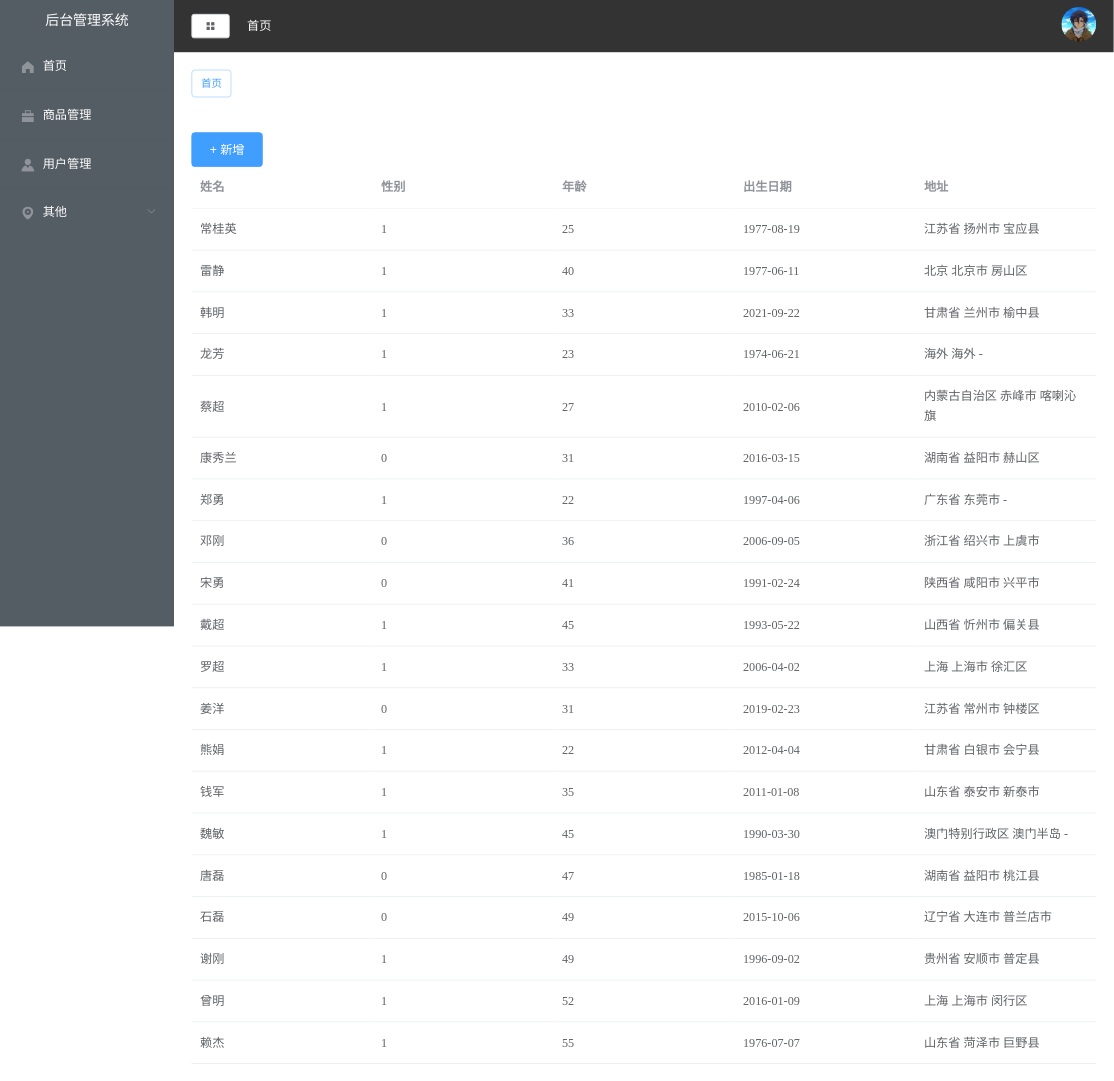
Repository: ldqml/ldqml.github.io
Page: /#/user
These files come from the project's save history. The page is drawn as it stood at one moment and after the next save; the edit follows.
The browser window is 1280 px wide. The pictures show the whole page, at 87% of full size.
The project was rebuilt for these pictures with package versions that can differ from the ones it lists, and the page was loaded fresh each time. Also part of the build but not shown: vue.config.js, src/views/Home.vue, src/views/Mall.vue, src/views/PageOne.vue, src/views/PageTwo.vue.

Above is the page before, as saved 2022-11-09 22:29:13.

### src/main.js
import Vue from 'vue'
import App from './App.vue'
import ElementUi from 'element-ui'
import 'element-ui/lib/theme-chalk/index.css'
import router from './router'
import store from './store'
import './api/mock'

Vue.use(ElementUi)
Vue.config.productionTip = false

new Vue({
  router,
  store,
  render: h => h(App),
}).$mount('#app')

### src/App.vue
<template>
  <div id="app">
    <!-- <el-row>
      <el-button disabled>默认按钮</el-button>
      <el-button type="primary" disabled>主要按钮</el-button>
      <el-button type="success" disabled>成功按钮</el-button>
      <el-button type="info" disabled>信息按钮</el-button>
      <el-button type="warning" disabled>警告按钮</el-button>
      <el-button type="danger" disabled>危险按钮</el-button>
    </el-row> -->
    <router-view></router-view>
  </div>
</template>

<script>
export default {
  name: "App",
  components: {},
};
</script>

<style lang="less">
html, body,h3,p{
  margin: 0;
  padding: 0;
}
</style>

### src/router/index.js
import Vue from 'vue'
import VueRouter from 'vue-router'
import User from '../views/User.vue'
import Home from '../views/Home.vue'
import Main from '../views/Main.vue'
import Mall from '../views/Mall.vue'
import PageOne from '../views/PageOne.vue'
import PageTwo from '../views/PageTwo.vue'

Vue.use(VueRouter)

const routes = [
    {
        path:'/',
        component:Main,
        redirect:'/home',
        children:[
            {
                path:'/',
                name:'home',
                component: Home
            },
            {
                path:'/user',
                name:'user',
                component: User
            },
            {
                path:'/mall',
                name:'mall',
                component: Mall
            },
            {
                path:'/page1',
                name:'page1',
                component: PageOne
            },
            {
                path:'/page2',
                name:'page2',
                component: PageTwo
            }
        ]
    }
]

const router = new VueRouter({
    routes
})

export default router

### src/store/index.js
import Vue from 'vue'
import Vuex from 'vuex'
import tab from './tab'

Vue.use(Vuex)

export default new Vuex.Store({
    modules:{
        tab
    }
})

### src/api/mock.js
import Mock from 'mockjs'
import homeApi from './mockServe/home'
import userApi from './mockServe/user'

Mock.mock('/api/home/getDate',homeApi.getStateDate)
Mock.mock('/api/user/add','post',userApi.createUser)
Mock.mock('/api/user/edit','post',userApi.updateUser)
Mock.mock('/api/user/del','post',userApi.deleteUser)
Mock.mock('/api/user/getUser',userApi.getUserList)

### src/views/User.vue
<template>
  <div class="manage">
    <el-dialog
      title="提示"
      :visible.sync="dialogVisible"
      width="35%"
      :before-close="handleClose"
    >
      <el-form
        ref="form"
        :rules="rules"
        :inline="true"
        :model="form"
        label-width="80px"
      >
        <el-form-item label="姓名" prop="name">
          <el-input placeholder="请输入姓名" v-model="form.name"></el-input>
        </el-form-item>
        <el-form-item label="年龄" prop="age">
          <el-input placeholder="请输入年龄" v-model="form.age"></el-input>
        </el-form-item>
        <el-form-item label="性别" prop="sex">
          <el-select v-model="form.sex" placeholder="请选择">
            <el-option label="男" value="1"></el-option>
            <el-option label="女" value="0"></el-option>
          </el-select>
        </el-form-item>
        <el-form-item label="出生日期" prop="birth">
          <el-col :span="11">
            <el-date-picker
              type="date"
              placeholder="选择日期"
              v-model="form.birth"
              style="width: 100%"
            ></el-date-picker>
          </el-col>
        </el-form-item>
        <el-form-item label="地址" prop="addr">
          <el-input placeholder="请输入地址" v-model="form.addr"></el-input>
        </el-form-item>
      </el-form>
      <span slot="footer" class="dialog-footer">
        <el-button @click="canc">取 消</el-button>
        <el-button type="primary" @click="submit">确 定</el-button>
      </span>
    </el-dialog>
    <div class="manage-header">
      <el-button @click="dialogVisible = true" type="primary">
        + 新增
      </el-button>
      <el-table :data="tableData" style="width: 100%">
        <el-table-column prop="name" label="姓名">
        </el-table-column>
        <el-table-column prop="sex" label="性别">
        </el-table-column>
        <el-table-column prop="age" label="年龄">
        </el-table-column>
        <el-table-column prop="birth" label="出生日期">
        </el-table-column>
        <el-table-column prop="addr" label="地址">
        </el-table-column>
      </el-table>
    </div>
  </div>
</template>
<script>
import {getUser} from '../api'
export default {
  data() {
    return {
      dialogVisible: false,
      form: {
        name: "",
        age: "",
        sex: "",
        birth: "",
        addr: "",
      },
      rules: {
        name: [{ required: true, message: "请输入姓名" }],
        age: [{ required: true, message: "请输入年龄" }],
        sex: [{ required: true, message: "请选择性别" }],
        birth: [{ required: true, message: "请选择生日" }],
        addr: [{ required: true, message: "请输入地址" }],
      },
      tableData: []
    };
  },
  methods: {
    submit() {
      this.$refs.form.validate((valid) => {
        if (valid) {
          this.$refs.form.resetFields();
          this.dialogVisible = false;
        }
      });
    },
    handleClose() {
      this.$refs.form.resetFields(), (this.dialogVisible = false);
    },
    canc() {
      this.handleClose();
    },
  },
  mounted(){
    getUser().then(({data}) =>{
      console.log(data)
      this.tableData = data.list;
    })
  }
};
</script>

### src/views/Main.vue
<template>
  <div>
    <el-container>
      <el-aside width="auto">
        <com-aside></com-aside>
      </el-aside>
      <el-container>
        <el-header>
          <com-header></com-header>
        </el-header>
        <common-tag></common-tag>
        <el-main>
            <router-view></router-view>
        </el-main>
      </el-container>
    </el-container>
  </div>
</template>
<script>
import ComAside from '../components/ComAside.vue'
import ComHeader from '../components/ComHeader.vue'
import CommonTag from '../components/CommonTag.vue'
export default {
  data() {
    return {}
  },
  components:{
    ComAside,
    ComHeader,
    CommonTag
  }
};
</script>

<style scoped>
.el-header{
  padding: 0;
}
</style>

### src/store/tab.js
export default{
    state:{
        isCollapse:false,
        tabsList:[
            {
                path: '/',
                name: 'home',
                label: '首页',
                icon: 's-home',
                url: 'Home/Home'
              }
        ]
    },
    mutations:{
        collapseMenu(state){
            state.isCollapse= !state.isCollapse
        },
        selectMenu(state,val){
            if(val.name !== 'home'){
                const index = state.tabsList.findIndex(item => item.name === val.name);
                if(index === -1){
                    state.tabsList.push(val)
                }
            }
        },
        closeTag(state,item){
            console.log(item,'item')
            const index = state.tabsList.findIndex(val => val.name === item.name)
            state.tabsList.splice(index,1)
        }
    }
}

### src/api/mockServe/home.js
import Mock from 'mockjs'

let List = []
export default {
    getStateDate:()=>{
        for(let i=0; i<7;i++){
            List.push(
                Mock.mock({
                    苹果:Mock.Random.float(100,8000,0,0),
                    vivo:Mock.Random.float(100,8000,0,0),
                    OPPO:Mock.Random.float(100,8000,0,0),
                    华为:Mock.Random.float(100,8000,0,0),
                    三星:Mock.Random.float(100,8000,0,0),
                    小米:Mock.Random.float(100,8000,0,0)
                })
            )
        }
        return {
            code:20000,
            data:{
                videData:[
                    {
                        name:'小米',
                        value:2999
                    },
                    {
                        name:'苹果',
                        value:2000
                    },
                    {
                        name:'vivo',
                        value:1699
                    },
                    {
                        name:'OPPO',
                        value:4999
                    },
                    {
                        name:'华为',
                        value:3699
                    },
                    {
                        name:'三星',
                        value:2499
                    }
                ],
                userData:[
                    {
                        date:'周一',
                        new:5,
                        active:200
                    },
                    {
                        date:'周二',
                        new:5,
                        active:500
                    },
                    {
                        date:'周三',
                        new:20,
                        active:550
                    },
                    {
                        date:'周四',
                        new:66,
                        active:600
                    },
                    {
                        date:'周五',
                        new:20,
                        active:100
                    },
                    {
                        date:'周六',
                        new:65,
                        active:400
                    },
                    {
                        date:'周日',
                        new:10,
                        active:300
                    }
                ],
                orderData:{
                    date:[],
                    data:List
                },
                tableData:[
                    {
                        name:'vivo',
                        todayBuy:200,
                        monthBuy:550,
                        totalBuy:22400
                    },
                    {
                        name:'OPPO',
                        todayBuy:300,
                        monthBuy:250,
                        totalBuy:29400
                    },
                    {
                        name:'苹果',
                        todayBuy:100,
                        monthBuy:150,
                        totalBuy:42400
                    },
                    {
                        name:'三星',
                        todayBuy:400,
                        monthBuy:450,
                        totalBuy:12400
                    },
                    {
                        name:'华为',
                        todayBuy:400,
                        monthBuy:650,
                        totalBuy:32400
                    },
                    {
                        name:'小米',
                        todayBuy:300,
                        monthBuy:450,
                        totalBuy:62400
                    }
                ]
            }
        }
    }
}

### src/api/mockServe/user.js
import Mock from "mockjs";

function param2Obj(url){
    const search = url.split('?')[1]
    if(!search){
        return {}
    }
    return JSON.parse(
        '{"'+
        decodeURIComponent(search)
        .replace(/"/g, '\\"')
        .replace(/&/g,'","')
        .replace(/=/g,'";"') +
        '}"'
    )
}

let List = []
const count = 200
for(let i = 0; i < count; i++){
    List.push(
        Mock.mock({
            id:Mock.Random.guid(),
            name:Mock.Random.cname(),
            addr:Mock.mock('@county(true)'),
            'age|18-60':1,
            birth:Mock.Random.date(),
            sex:Mock.Random.integer(0,1)
        })
    )
}

export default {
    getUserList: config =>{
        const {name,page =1,limit =20} = param2Obj(config.url)
        console.log('name:'+name,'page:'+page,'分页大小limit:' +limit)
        const mockList = List.filter(user=>{
            if(name&&user.name.indexOf(name)===-1&&user.addr.indexOf(name)===-1) return false
            return true
        })
        const pageList =mockList.filter((item,index)=>index<limit*page&&index>=limit*(page-1))
        return{
            code:20000,
            count:mockList.length,
            list:pageList
        }
    },
    createUser:config=>{
        const {name,addr,age,birth,sex} = JSON.parse(config.body)
        console.log(JSON.parse(config.body))
        List.unshift({
            id:Mock.Random.guid(),
            name:name,
            addr:addr,
            age:age,
            birth:birth,
            sex:sex
        })
        return{
            code:20000,
            date:{
                message:'添加成功'
            }
        }
    },
    deleteUser:config=>{
        const {id} = JSON.parse(config.body)
        if(!id){
            return{
                code:-999,
                message:'参数不正确'
            }
        }else{
            List= List.filter(u => u.id !== id)
            return{
                code:20000,
                message:'删除成功'
            }
        }
    },
    batchremove:config=>{
        let {ids} = param2Obj(config.url)
        ids = ids.split(',')
        List = List.filter(u => !ids.includes(u.id))
        return{
            code:20000,
            data:{
                message:'批量删除成功'
            }
        }
    },
    updateUser:config=>{
        const {id,name,addr,birth,sex,age} = JSON.parse(config.body)
        const sex_num = parseInt(sex)
        List.some(u =>{
            if(u.id === id){
                u.name = name
                u.addr = addr
                u.birth = birth
                u.sex = sex_num
                u.age = age
                return true
            }
        })
        return{
            code:20000,
            data:{
                message:'编辑成功'
            }
        }
    }
}

### src/api/index.js
import http from './request'

export const getDate =() =>{
    return http.get('/home/getDate')
}

export const getUser =(params) =>{
    return http.get('/user/getUser',params)
}

export const addUser =(data) =>{
    return http.post('/user/add',data)
}

export const editUser =(data) =>{
    return http.post('/user/edit',data)
}

export const delUser =(data) =>{
    return http.post('/user/del',data)
}

### src/components/ComAside.vue
<template>
  <el-menu
    default-active="1-4-1"
    class="el-menu-vertical-demo"
    @open="handleOpen"
    @close="handleClose"
    :collapse="isCollapse"
    background-color="#545c64"
    text-color="#fff"
    active-text-color="#ffd04b"
  >
    <h3>{{isCollapse ? '后台' : '后台管理系统'}}</h3>
    <el-menu-item @click="toPage(item)" v-for="item in noChildren" :key='item.name' :index="item.name">
      <i :class="`el-icon-${item.icon}`"></i>
      <span slot="title">{{item.label}}</span>
    </el-menu-item>
    <el-submenu v-for="item in hasChildren" :key="item.label" :index="item.label">
      <template slot="title">
        <i class="el-icon-location"></i>
        <span slot="title">{{item.label}}</span>
      </template>
      <el-menu-item-group>
        <el-menu-item @click="toPage(subitem)" v-for="subitem in item.children" :key="subitem.name" :index="subitem.name">{{subitem.label}}</el-menu-item>
      </el-menu-item-group>
    </el-submenu>
  </el-menu>
</template>

<style lang="less" scoped>
.el-menu-vertical-demo:not(.el-menu--collapse) {
  width: 200px;
  min-height: 400px;
}
.el-menu{
  height: 100vh;
  h3{
    color: #fff;
    text-align: center;
    line-height: 48px;
    font-size: 16px;
    font-weight: 400;
  }
}
</style>

<script>
export default {
  data() {
    return {
      menuDate:[
        {
          path: '/',
          name: 'home',
          label: '首页',
          icon: 's-home',
          url: 'Home/Home'
        },
        {
          path: '/mall',
          name: 'mall',
          label: '商品管理',
          icon: 's-cooperation',
          url: 'MallManage/MallManage'
        },
        {
          path: '/user',
          name: 'user',
          label: '用户管理',
          icon: 's-custom',
          url: 'UserManage/UserManage'
        },
        {
          label: '其他',
          icon: 'location',
          children: [
            {
              path: '/page1',
              name: 'page1',
              label: '首页1',
              icon: 'setting',
              url: 'Other/PageOne'
            },
            {
              path: '/page2',
              name: 'page2',
              label: '首页2',
              icon: 'setting',
              url: 'Other/PageTwo'
            }
          ]
        }
      ]
    };
  },
  methods: {
    handleOpen(key, keyPath) {
      console.log(key, keyPath);
    },
    handleClose(key, keyPath) {
      console.log(key, keyPath);
    },
    toPage(item){
      if(this.$route.path != item.path && !(this.$route.path === '/home' && (item.path === '/'))){
        this.$router.push(item.path)
      }
      this.$store.commit('selectMenu',item)
    }
  },
  computed:{
    noChildren(){
        return this.menuDate.filter(item => !item.children)
    },
    hasChildren(){
        return this.menuDate.filter(item => item.children)
    },
    isCollapse(){
      return this.$store.state.tab.isCollapse
    }
  }
};
</script>

<style lang="less" scoped>
.el-menu{
  border-right: none;
}
</style>

### src/components/ComHeader.vue
<template>
  <div class="header-container">
    <div class="l-content">
      <el-button style="margin-right:20px" @click="handMenu" icon="el-icon-menu" size="mini"></el-button>
      <el-breadcrumb separator="/">
        <el-breadcrumb-item v-for="item in tags" :key="item.path" :to="{ path: item.path }">{{item.label}}</el-breadcrumb-item>
      </el-breadcrumb>
    </div>
    <div class="r-content">
      <el-dropdown>
        <span class="el-dropdown-link">
          <img class="user" src="../images/1.jpeg" alt="" />
        </span>
        <el-dropdown-menu slot="dropdown">
          <el-dropdown-item>个人中心</el-dropdown-item>
          <el-dropdown-item>退出</el-dropdown-item>
        </el-dropdown-menu>
      </el-dropdown>
    </div>
  </div>
</template>
<script>
import {mapState} from 'vuex'
export default {
  data() {
    return {};
  },
  methods: {
    handMenu() {
      this.$store.commit("collapseMenu");
    },
  },
  computed:{
    ...mapState({
      tags:state=>state.tab.tabsList
    })
  }
};
</script>

<style lang="less" scoped>
.header-container {
  padding: 0 20px;
  background-color: #333;
  height: 60px;
  display: flex;
  justify-content: space-between;
  align-items: center;
  .text {
    color: #fff;
    font-size: 14px;
    margin-left: 10px;
  }
  .r-content {
    .user {
      width: 40px;
      height: 40px;
      border-radius: 50%;
    }
  }
  .l-content {
    display: flex;
    align-items: center;
    /deep/.el-breadcrumb__item{
      .el-breadcrumb__inner{
        font-weight: normal;
        &.is-link{
          color: #666;
        }
      }
      &:last-child{
        .el-breadcrumb__inner{
          color: #fff;
        }
      }
    }
  }
}
</style>

### src/components/CommonTag.vue
<template>
  <div class="tabs">
    <el-tag
      v-for="(item,index) in tags"
      :key="item.path"
      :closable="item.name !== 'home'"
      :type="item.type"
      :effect="$route.name === item.name ? 'dark' : 'plain'"
      @click="changMenu(item)"
      @close="handleClose(item,index)"
    >
      {{ item.label }}
    </el-tag>
  </div>
</template>

<script>
import {mapState} from 'vuex'
import {mapMutations} from 'vuex'
export default {
    name:'ComTag',
    data() {
        return {

        }
    },
    computed:{
        ...mapState({
            tags:state=>state.tab.tabsList
        })
    },
    methods:{
      ...mapMutations(['closeTag']),
      changMenu(item){
        this.$router.push({name:item.name})
      },
      handleClose(item,index){
        this.closeTag(item)
        const length = this.tags.length
        if(item.name !== this.$route.name){
          return
        }
        if(index == length){
          this.$router.push({
            name:this.tags[index-1].name
          })
        }else{
          this.$router.push({
            name:this.tags[index].name
          })
        }
      }
    }
}
</script>

<style lang="less" scoped>
.tabs{
  padding: 20px;
  .el-tag{
    margin-right: 15px;
    cursor: pointer;
  }
}
</style>

### src/api/request.js
import axios from "axios";

const http = axios.create({
    baseURL:'/api',
    timeout:5000
})

http.interceptors.request.use(function(config){
    return config
},function(error){
    return Promise.reject(error)
})

http.interceptors.response.use(function(response){
    return response
},function(error){
    return Promise.reject(error)
})
export default http

Loaded but not shown: public/index.html (common file)

After the next save:
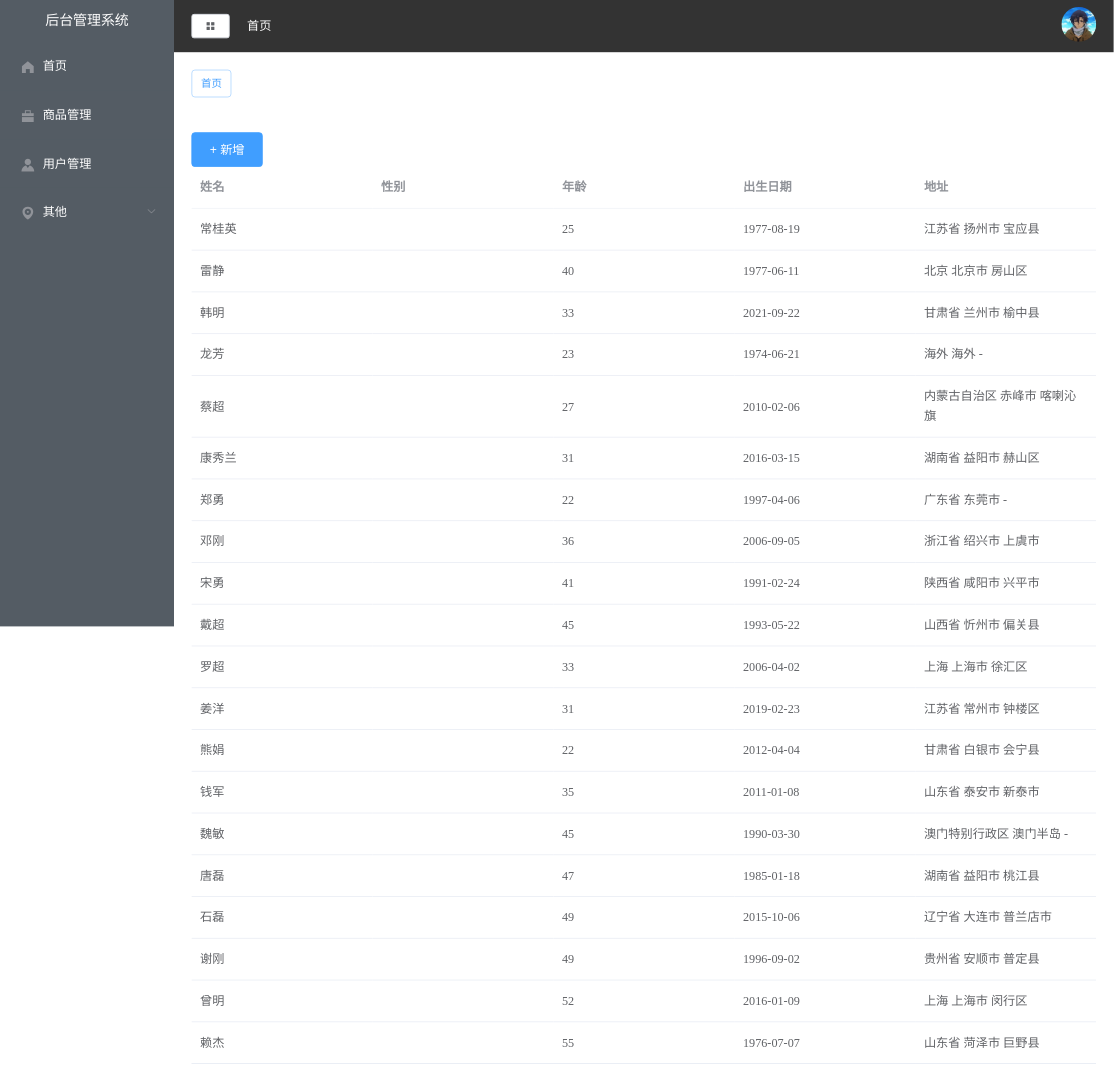
Saved 3 min 22 s later.
--- a/src/views/User.vue
+++ b/src/views/User.vue
@@ -52,6 +52,11 @@
         <el-table-column prop="name" label="姓名">
         </el-table-column>
         <el-table-column prop="sex" label="性别">
+          <template slot-scope="scope">
+            <span>
+
+            </span>
+          </template>
         </el-table-column>
         <el-table-column prop="age" label="年龄">
         </el-table-column>
